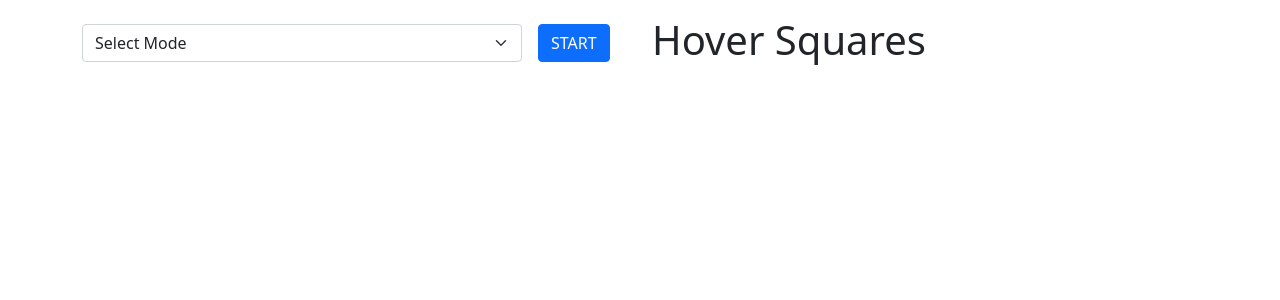
Repository: tsydikov/StarNaviTestTask
Page: /
The author's editor kept a copy of each file at every save. The page is drawn from the files as they stood at one save, then again after a run of saves.
The browser window is 1280 px wide. The pictures show the whole page.
The project was rebuilt for these pictures with package versions that can differ from the ones it lists, and the page was loaded fresh each time.

Above is the page before, as saved 2021-08-18 21:55:00.

### public/index.html
<!DOCTYPE html>
<html lang="en">
  <head>
    <meta charset="utf-8" />
    <meta name="viewport" content="width=device-width, initial-scale=1" />
    <link href="https://cdn.jsdelivr.net/npm/bootstrap@5.1.0/dist/css/bootstrap.min.css" rel="stylesheet" integrity="sha384-KyZXEAg3QhqLMpG8r+8fhAXLRk2vvoC2f3B09zVXn8CA5QIVfZOJ3BCsw2P0p/We" crossorigin="anonymous">
    <title>React App</title>
  </head>
  <body>
    <noscript>You need to enable JavaScript to run this app.</noscript>
    <div id="root"></div>
  </body>
</html>

### src/index.js
import React from 'react';
import ReactDOM from 'react-dom';
import App from './App';


ReactDOM.render(
  // <React.StrictMode>
    <App />,
  // </React.StrictMode>,
  document.getElementById('root')
);

### src/App.js
import React,{useState} from 'react'
import './App.css'
import GameMode from './components/GameMode'
import Squares from './components/Squares'

function App() {
const [squares, setSquares] = useState([])
const [className,setClassName] = useState('')
const [alerts, setAlerts] = useState([])

 function startGame(squaresNumber) {
  let squares = []
  setSquares(squares)
  console.log(squares)
  let alerts = []
  drawSquares(squaresNumber)
      setAlerts(alerts)
 }

 function drawSquares(squaresNumber) {
  let squares = []
  switch (squaresNumber) {
    case 5:
      setClassName('square5');
    break;
    case 10:
      setClassName('square10');
    break;
    case 15:
      setClassName('square15');
    break;
    default: setClassName('');
  }
      for (let i = 0; i < squaresNumber; i++) {
        for (let j = 0; j < squaresNumber; j++) {
        squares.push({id:'row '+(i+1)+' col '+(j+1)})
      }
    }
    setSquares(squares)
    console.log(squares)
 }

 function hoverOnSquare(e) {
  if (e.target.style.background === 'blue') {
    e.target.style.background = 'white'
    alert(e.target.id, e.target.style.background)
  } else {
    e.target.style.background = 'blue'
    alert(e.target.id, e.target.style.background)
  }
}

function alert (key, style) {
  (style === 'blue') ? setAlerts(alerts.concat({id: ' '+key})) : setAlerts(alerts.filter(alert => alert.id !== ' '+key))
  }

  return (
    <div className="container p-3">
      <div className="row ">
        <div className="col">
          <GameMode startGame={startGame} />
          <Squares hoverOnSquare={hoverOnSquare} squares={squares} className={className}/>
        </div>
        {/* <Alert /> */}
        <div className="col">
          <h1>Hover Squares</h1>
            {alerts.map((alert) => <div
                    key={alert.id}
                    className="alert alert-warning"
                    role="alert"
                  >{alert.id}</div>)}
        </div>
      </div>
    </div>
  );
}

export default App;

### src/App.css
.p {
    float: left;
    width: 80%;
    margin-right: 1rem;
}

.containerSquares {
    display: flex;
    justify-content: center;
    align-items: center;
    flex-wrap: wrap;
    width: 500px;
    margin-left: -10px;
  }

  .square5 {
    width: 95px;
    height: 95px;
    background: white;
    margin: 2px;
    box-shadow: 0 0 2px #000;
    transition: 2s ease;
  }

  .square10 {
    width: 45px;
    height: 45px;
    background: white;
    margin: 2px;
    box-shadow: 0 0 2px #000;
    transition: 2s ease;
  }

  .square15 {
    width: 29px;
    height: 29px;
    background: white;
    margin: 2px;
    box-shadow: 0 0 2px #000;
    transition: 2s ease;
  }

### src/components/GameMode.js
import React,{useState} from "react";
import GetSquaresNumber from '../API/GetSquaresNumber'


const GameMode = ({ startGame }) => {
    const [gameMode, setMode] = useState('0')
    async function getGameSettings() {
        if (gameMode !== '0' ) {
            const squaresNumber = await GetSquaresNumber.get(gameMode)
            startGame(squaresNumber)
          }
     }

    return(
        <div className="row">
            <div className="col p-2">
                <select className="form-select p" defaultValue="0" onChange={event => setMode(event.target.value)}>
                  <option value="">Select Mode</option>
                   <option value="easyMode">Easy</option>
                  <option value="normalMode">Normal</option>
                  <option value="hardMode">Hard</option>
                </select>
                <button type="button" className="btn btn-primary" onClick={getGameSettings}>START</button>
            </div>
        </div>

    )
}

export default GameMode;

### src/components/Squares.js
import React from "react";
import '../App.css'

const Squares = (props) => {
    return(
        <div className="row">
            <div className="col">
              <div className="containerSquares" >
                {props.squares.map((square) => <div
                  key={square.id}
                  id={square.id}
                  className={props.className}
                  onMouseOver={props.hoverOnSquare}
                />)}
              </div>
            </div>
        </div>
    )
}

export default Squares;

### src/API/GetSquaresNumber.js

import  {URL} from "./config";

export default class GetSquaresNumber {
    static async get(mode) {
        try {
            const response = await fetch(URL)
            const data = await response.json()
            return data[mode].field
        } catch (e) {
            console.log(e)
          }
    }
}

### src/API/config.js
export const URL ='https://demo1030918.mockable.io/'

### src/components/Alert.js
import React from "react";

const Alert = (props) => {
    return(
        <div className="col">
        <h1>Hover Squares</h1>
          {alerts.map((alert) => <div
                  key={alert.id}
                  className="alert alert-warning"
                  role="alert"
                >{alert.id}</div>)}
      </div>
    )
}

export default Alert;

After the next 2 saves:
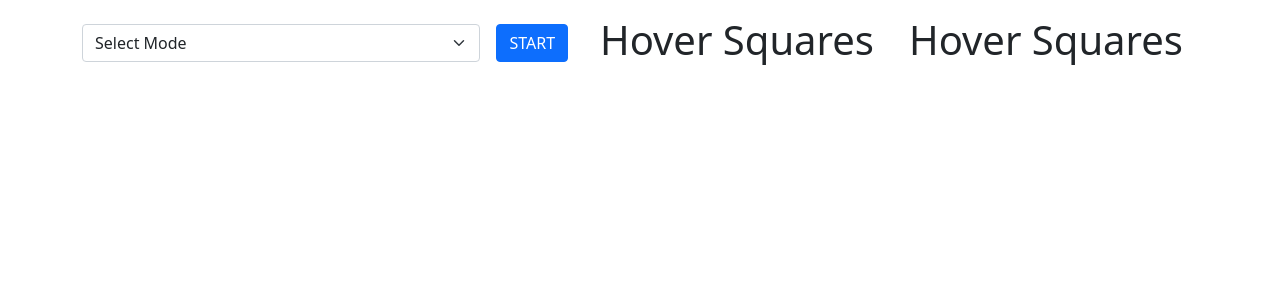
The 2 saves are shown as one change because 1 did not build or start.
The last was saved 2 min 23 s later.
--- a/src/App.js
+++ b/src/App.js
@@ -2,6 +2,7 @@
 import './App.css'
 import GameMode from './components/GameMode'
 import Squares from './components/Squares'
+import Alert from './components/Alert'
 
 function App() {
 const [squares, setSquares] = useState([])
@@ -61,7 +62,7 @@
           <GameMode startGame={startGame} />
           <Squares hoverOnSquare={hoverOnSquare} squares={squares} className={className}/>
         </div>
-        {/* <Alert /> */}
+        <Alert alerts={alerts}/>
         <div className="col">
           <h1>Hover Squares</h1>
             {alerts.map((alert) => <div
--- a/src/components/Alert.js
+++ b/src/components/Alert.js
@@ -4,11 +4,11 @@ const Alert = (props) => {
     return(
         <div className="col">
         <h1>Hover Squares</h1>
-          {alerts.map((alert) => <div
+          {props.alerts.map((alert) => <div
                   key={alert.id}
                   className="alert alert-warning"
                   role="alert"
-                >{alert.id}</div>)}
+                >{props.alert.id}</div>)}
       </div>
     )
 }

After the save that followed:
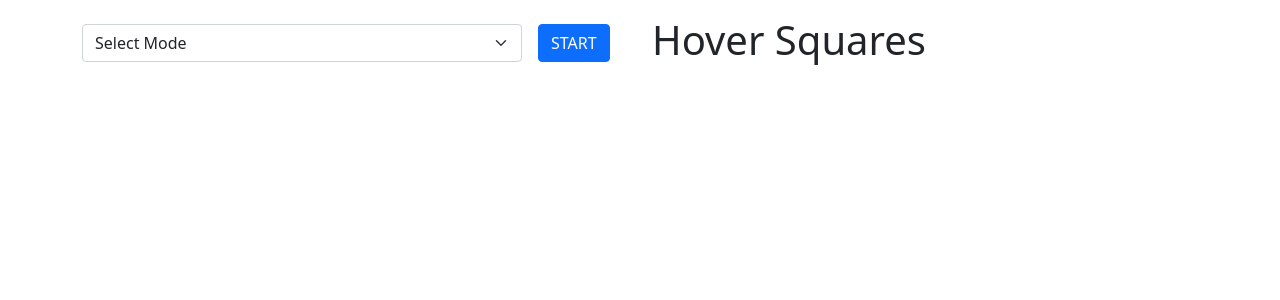
Saved 31 s later.
--- a/src/App.js
+++ b/src/App.js
@@ -63,14 +63,14 @@
           <Squares hoverOnSquare={hoverOnSquare} squares={squares} className={className}/>
         </div>
         <Alert alerts={alerts}/>
-        <div className="col">
+        {/* <div className="col">
           <h1>Hover Squares</h1>
             {alerts.map((alert) => <div
                     key={alert.id}
                     className="alert alert-warning"
                     role="alert"
                   >{alert.id}</div>)}
-        </div>
+        </div> */}
       </div>
     </div>
   );
